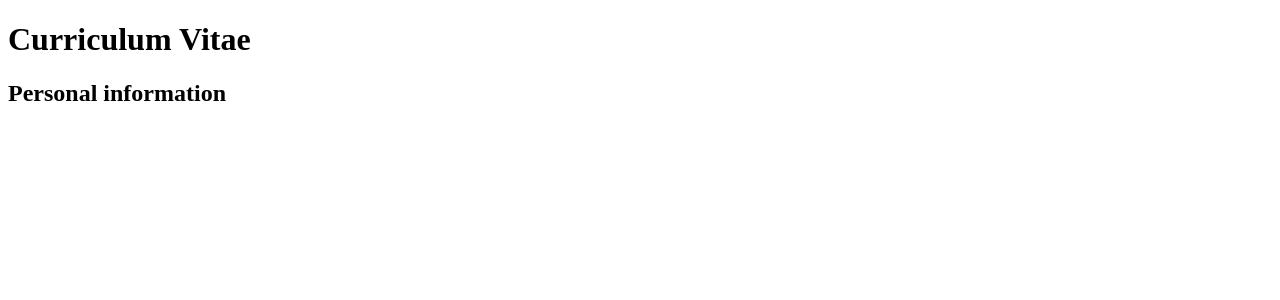
Repository: cronopi/django
Page: Training-Python-Django-0 1/ex01/cv.html
These files come from the project's save history. The page is drawn as it stood at one moment and after the next save; the edit follows.
The browser window is 1280 px wide. The pictures show the whole page.

Above is the page before, as saved 2026-03-10 11:49:53.

### Training-Python-Django-0 1/ex01/cv.html
<!DOCTYPE html>
<html>

<head>
	<title>Curriculum Vitae</title>
</head>

<body>
	<h1>Curriculum Vitae</h1>
	<h2>Personal information</h2>
</body>

</html>

After the next save:
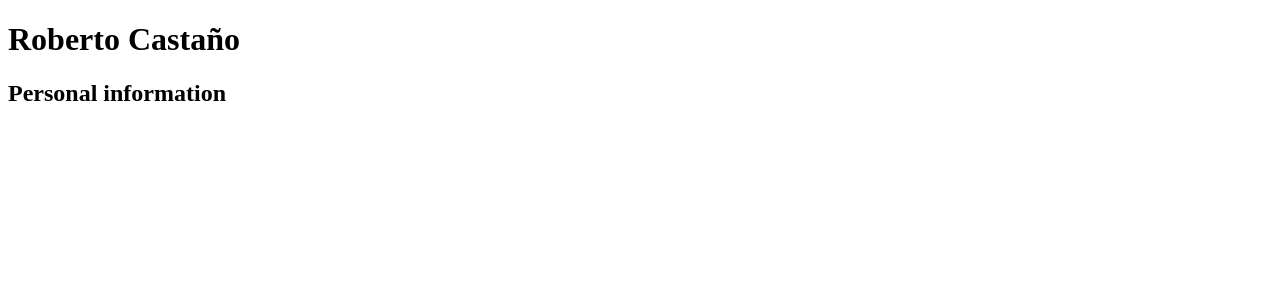
Saved 7 min 24 s later.
--- a/Training-Python-Django-0 1/ex01/cv.html
+++ b/Training-Python-Django-0 1/ex01/cv.html
@@ -6,7 +6,7 @@
 </head>
 
 <body>
-	<h1>Curriculum Vitae</h1>
+	<h1>Roberto Castaño</h1>
 	<h2>Personal information</h2>
 </body>
 
